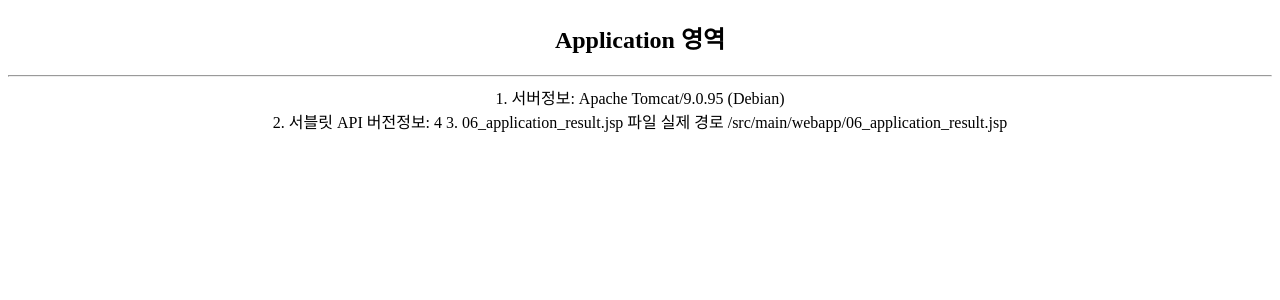
Repository: topblame/Bootcamp
Page: http://localhost/JSP_250408/chapter01/06_application_result.jsp
These files come from the project's save history. The page is drawn as it stood at one moment and after a run of saves; the edit follows.
The browser window is 1280 px wide. The pictures show the whole page.
The page is served by Tomcat 9.

Above is the page before, as saved 2025-06-24 07:56:08.

After the next 2 saves:
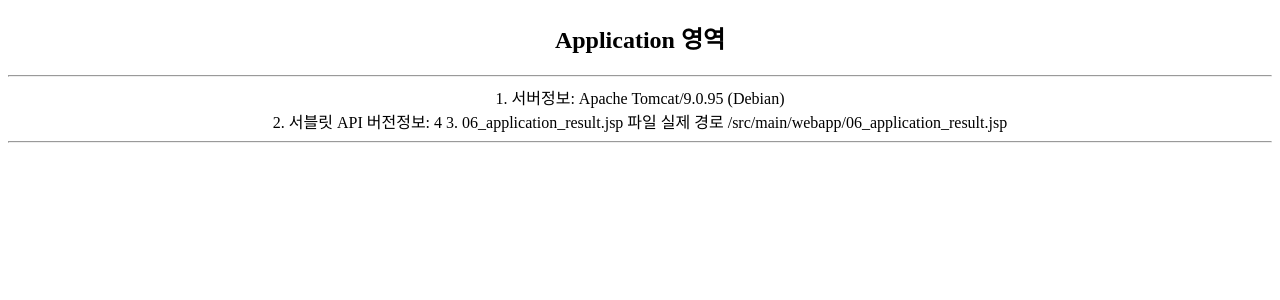
The 2 saves are shown as one change because 1 did not build or start.
The last was saved 3 min 18 s later.
--- a/WebMvc/JSP_250408/src/main/webapp/chapter01/06_application_result.jsp
+++ b/WebMvc/JSP_250408/src/main/webapp/chapter01/06_application_result.jsp
@@ -13,6 +13,12 @@
 1. 서버정보: <%=application.getServerInfo() %> <br/>
 2. 서블릿 API 버전정보: <%=application.getMajorVersion() %>
 3. 06_application_result.jsp 파일 실제 경로 <%=application.getRealPath("06_application_result.jsp") %>
+<hr />
+<%
+application.setAttribute("username", "김민석");
+application.log("user login : username = 김민석");
+application.log("Debug: 현재 세션 상태 = " + session.getAttribute("state"));
+%>
 </div>
 </body>
 </html>
